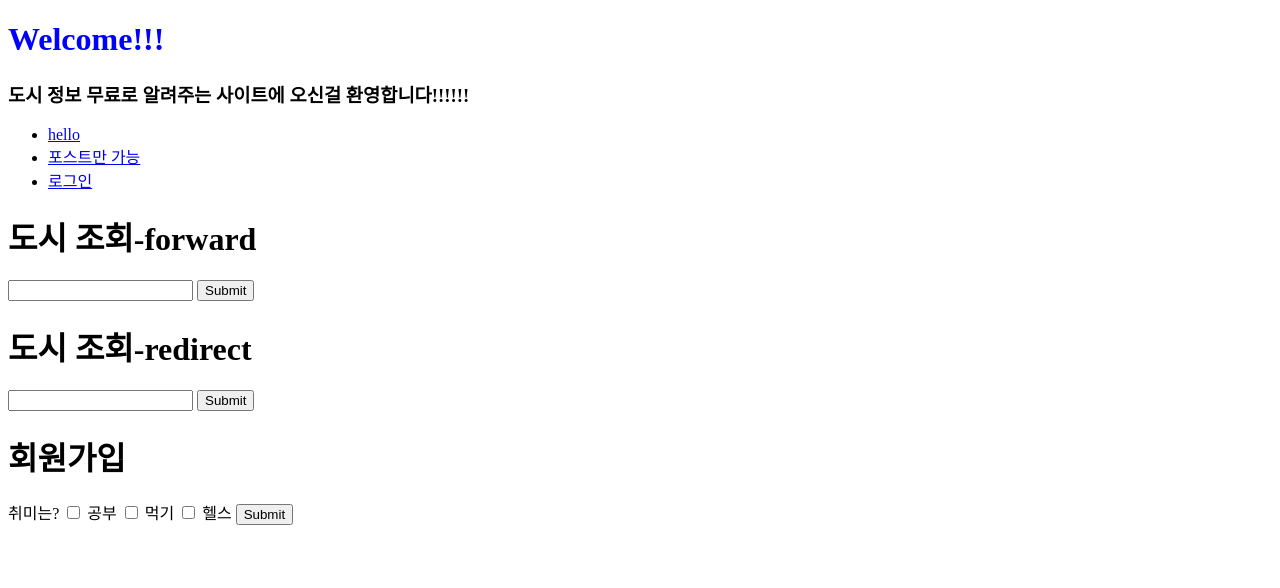
Repository: roadtofuture/woorifisa_java
Page: http://localhost/jpa_2/WEB-INF/view/index.jsp
These files come from the project's save history. The page is drawn as it stood at one moment and after the next save; the edit follows.
The browser window is 1280 px wide. The pictures show the whole page.
The page is served by Tomcat 10. Nobody is signed in. The template is opened directly, without the code that normally fills it, so the values that code supplies are empty.

Above is the page before, as saved 2023-06-23 07:09:45.

After the next save:
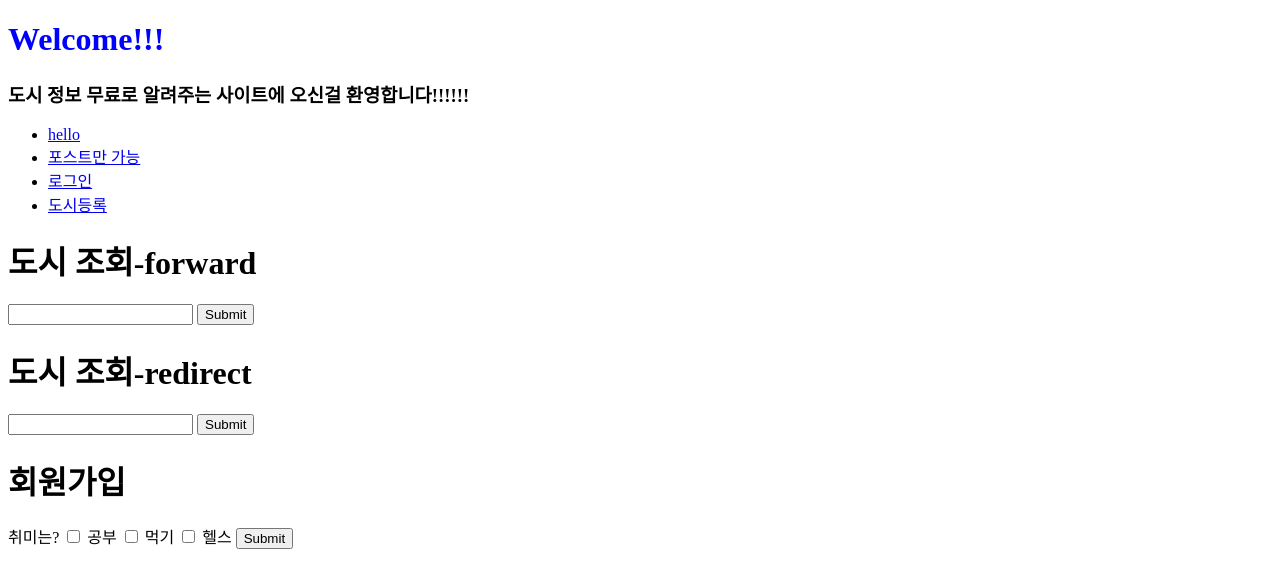
Saved 36 s later.
--- a/jpa_2/src/main/webapp/WEB-INF/view/index.jsp
+++ b/jpa_2/src/main/webapp/WEB-INF/view/index.jsp
@@ -14,6 +14,7 @@
 		<li><a href="/hello?name=hong">hello</a></li>
 		<li><a href="/onlypost">포스트만 가능</a></li>
 		<li><a href="/user/login">로그인</a></li>
+		<li><a href="/user/login">도시등록</a></li>
 	</ul>
 
 	<h1>도시 조회-forward</h1>
